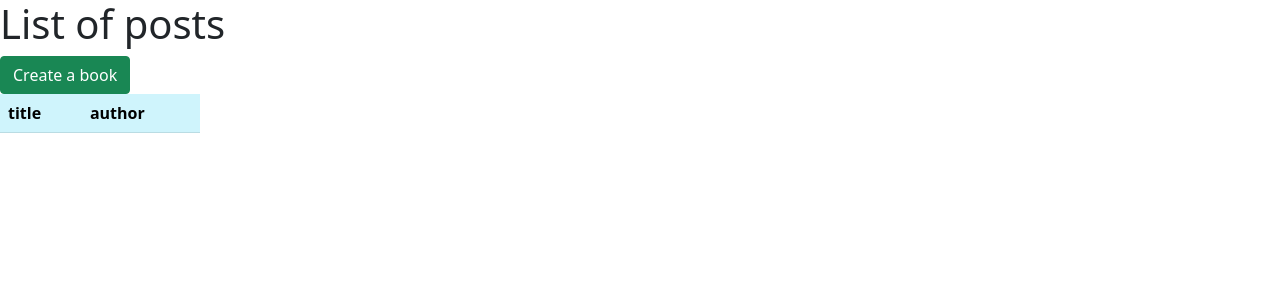
Repository: RaghdaMadiane/django
Page: http://localhost/books/
These files come from the project's save history. The page is drawn as it stood at one moment and after the next save; the edit follows.
The browser window is 1280 px wide. The pictures show the whole page.
The page is served by the project's application, run on Django 3.2 (manage.py). Other server files are loaded and not shown. Queries for data that is not in the repository find no rows.

Above is the page before, as saved 2021-04-21 17:06:59.

### books/templates/books/index.html
<html>
<head>
<!-- CSS only -->
<link href="https://cdn.jsdelivr.net/npm/bootstrap@5.0.0-beta3/dist/css/bootstrap.min.css" rel="stylesheet" integrity="sha384-eOJMYsd53ii+scO/bJGFsiCZc+5NDVN2yr8+0RDqr0Ql0h+rP48ckxlpbzKgwra6" crossorigin="anonymous">
</head>
<body>
<h1>List of posts<h1>
<table class="table table-striped" style="width:200px" >

  <thead>
    <tr>
     <th scope="col" class="table-info">title</th>
      <th scope="col" class="table-info">author</th>
    </tr>
     </thead>
     {%for book in books%}
  <tbody>
    <tr>
      <th >{{book.title}}</th>
     <th>{{book.author}}</th>
    </tr>
   </tbody>
{% endfor %}
<a  href='create' type="button"  class="btn btn-success"> Create a book </a>
</body>
</html>

### books/views.py
from django.shortcuts import render,redirect
from django.http import HttpResponse
from .forms import BookForm
from .models import Book
# Create your views here.
def index(request):
    books =Book.objects.all()
    return render(request,"books/index.html",{
        "books":books
    })
def create(request):
    form=BookForm(request.POST or None)
    if form.is_valid():
        form.save()
        return redirect("index")
    return render(request,"books/create.html",{
        "form" : form
    })

### book/urls.py
"""book URL Configuration

The `urlpatterns` list routes URLs to views. For more information please see:
    https://docs.djangoproject.com/en/3.2/topics/http/urls/
Examples:
Function views
    1. Add an import:  from my_app import views
    2. Add a URL to urlpatterns:  path('', views.home, name='home')
Class-based views
    1. Add an import:  from other_app.views import Home
    2. Add a URL to urlpatterns:  path('', Home.as_view(), name='home')
Including another URLconf
    1. Import the include() function: from django.urls import include, path
    2. Add a URL to urlpatterns:  path('blog/', include('blog.urls'))
"""
from django.contrib import admin
from django.urls import path
from django.urls import include

urlpatterns = [
    path('admin/', admin.site.urls),
    path('books/',include("books.urls")),
]

### books/urls.py

from django.urls import path
from . import views

urlpatterns = [
   path("",views.index,name='index'),
   path("create",views.create, name='create')
]

After the next save:
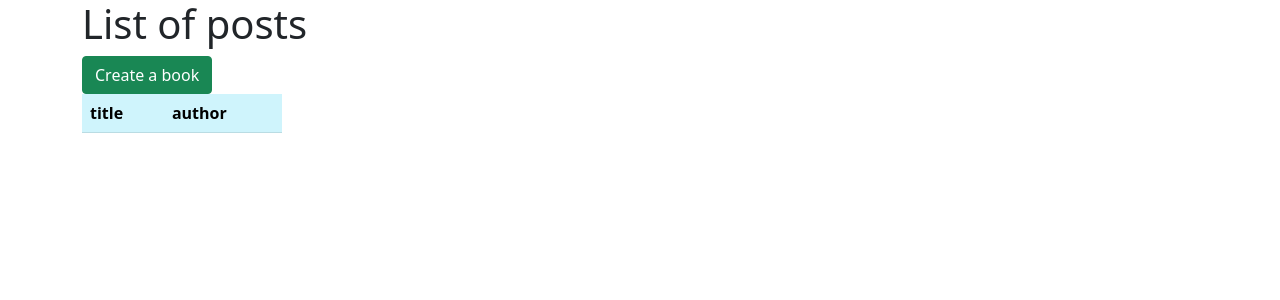
Saved 19 s later.
--- a/books/templates/books/index.html
+++ b/books/templates/books/index.html
@@ -3,7 +3,7 @@
 <!-- CSS only -->
 <link href="https://cdn.jsdelivr.net/npm/bootstrap@5.0.0-beta3/dist/css/bootstrap.min.css" rel="stylesheet" integrity="sha384-eOJMYsd53ii+scO/bJGFsiCZc+5NDVN2yr8+0RDqr0Ql0h+rP48ckxlpbzKgwra6" crossorigin="anonymous">
 </head>
-<body>
+<body class="container">
 <h1>List of posts<h1>
 <table class="table table-striped" style="width:200px" >
 
